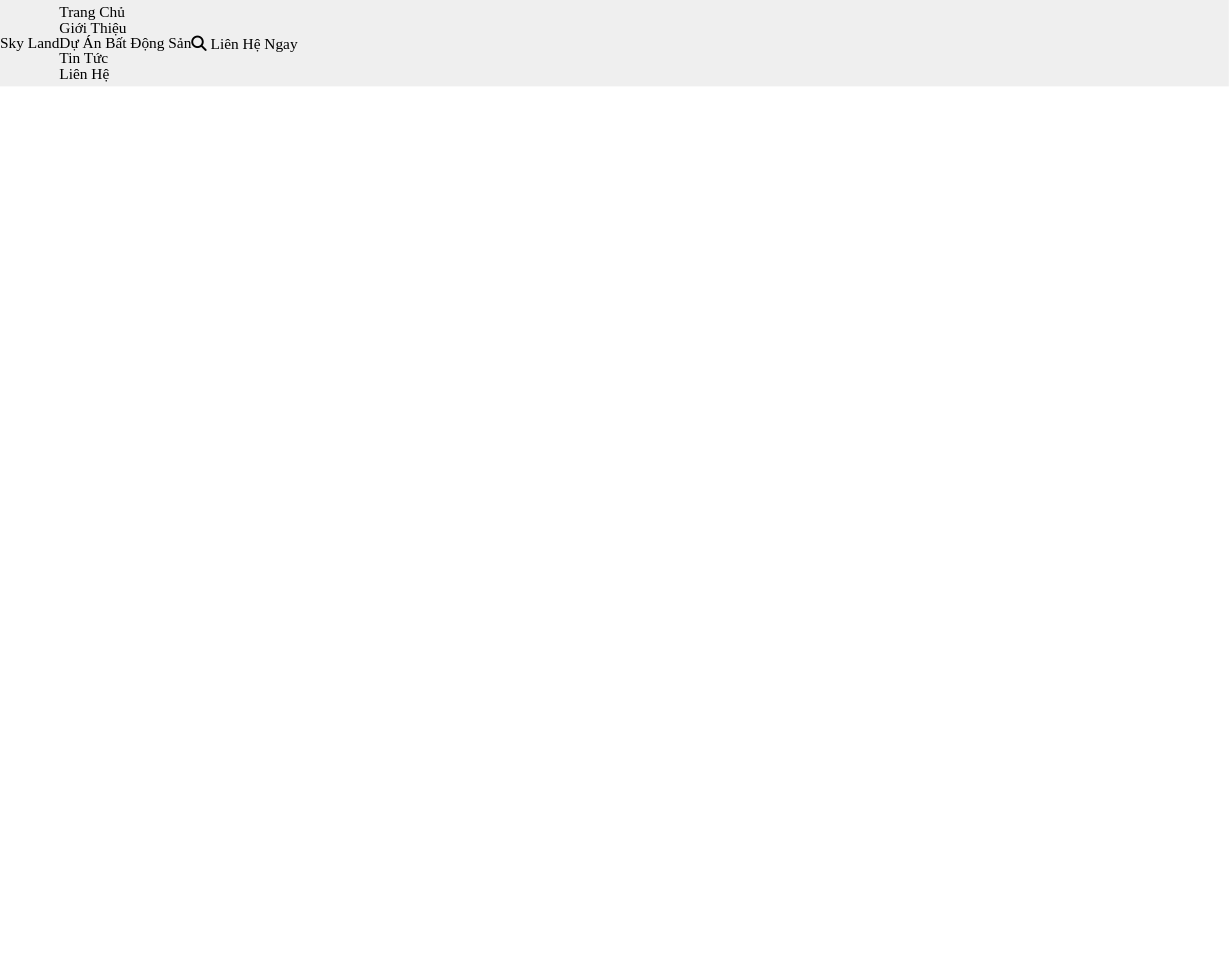
Repository: HuynhDuc23/Webvideodesgin
Page: htmlcssNangCao/index.html
An editor plug-in stored every save of this project. The page is shown before and after the next save, followed by the edit.
The browser window is 1280 px wide. The pictures show the whole page, at 96% of full size.
The style sheet was rebuilt from its Sass, Less or Tailwind sources for each picture, by a compiler version that may differ from the author's.

Above is the page before, as saved 2023-04-30 08:41:23.

### htmlcssNangCao/index.html
<html lang="en">
<head>
    <meta charset="UTF-8">
    <meta http-equiv="X-UA-Compatible" content="IE=edge">
    <meta name="viewport" content="width=device-width, initial-scale=1.0">
    <link rel="stylesheet" href="./reset.css">
    <link rel="stylesheet" href="https://cdnjs.cloudflare.com/ajax/libs/font-awesome/6.4.0/css/all.min.css" integrity="sha512-iecdLmaskl7CVkqkXNQ/ZH/XLlvWZOJyj7Yy7tcenmpD1ypASozpmT/E0iPtmFIB46ZmdtAc9eNBvH0H/ZpiBw==" crossorigin="anonymous" referrerpolicy="no-referrer" />
    <link rel="stylesheet" href="./style.css">

    <title>Document</title>
</head>
<body>
    <div class="skyland">
        <div class="skyland__top">
            <div class="skyland__header">
                <h1 class="skyland__left">Sky <span>Land</span> </h1>
            </div>
            <div class="skyland__left">
                <ul class="list">
                    <li class="items">Trang Chủ</li>
                    <li class="items">Giới Thiệu</li>
                    <li class="items">Dự Án Bất Động Sản</li>
                    <li class="items">Tin Tức</li>
                    <li class="items">Liên Hệ</li>
                </ul>
            </div>
            <div class="iconbutton">
                <i class="fa-solid fa-magnifying-glass icon-search"></i>
                <span class="text">Liên Hệ Ngay</span>
            </div>
        </div>
    </div>
</body>
</html>

### htmlcssNangCao/style.scss
html {
    margin: 0;
    padding: 0;
    box-sizing:border-box ;
}
.skyland {
    width: 100%;
    height: 1000px;
    background-color: white;
    &__top {
        width: 100%;
        height: 90px;
        background-color: #eeee;
        display: flex;
        align-items: center;
        justify-content: flex-start;
    }
}

Loaded but not shown: htmlcssNangCao/reset.css (common file)

After the next save:
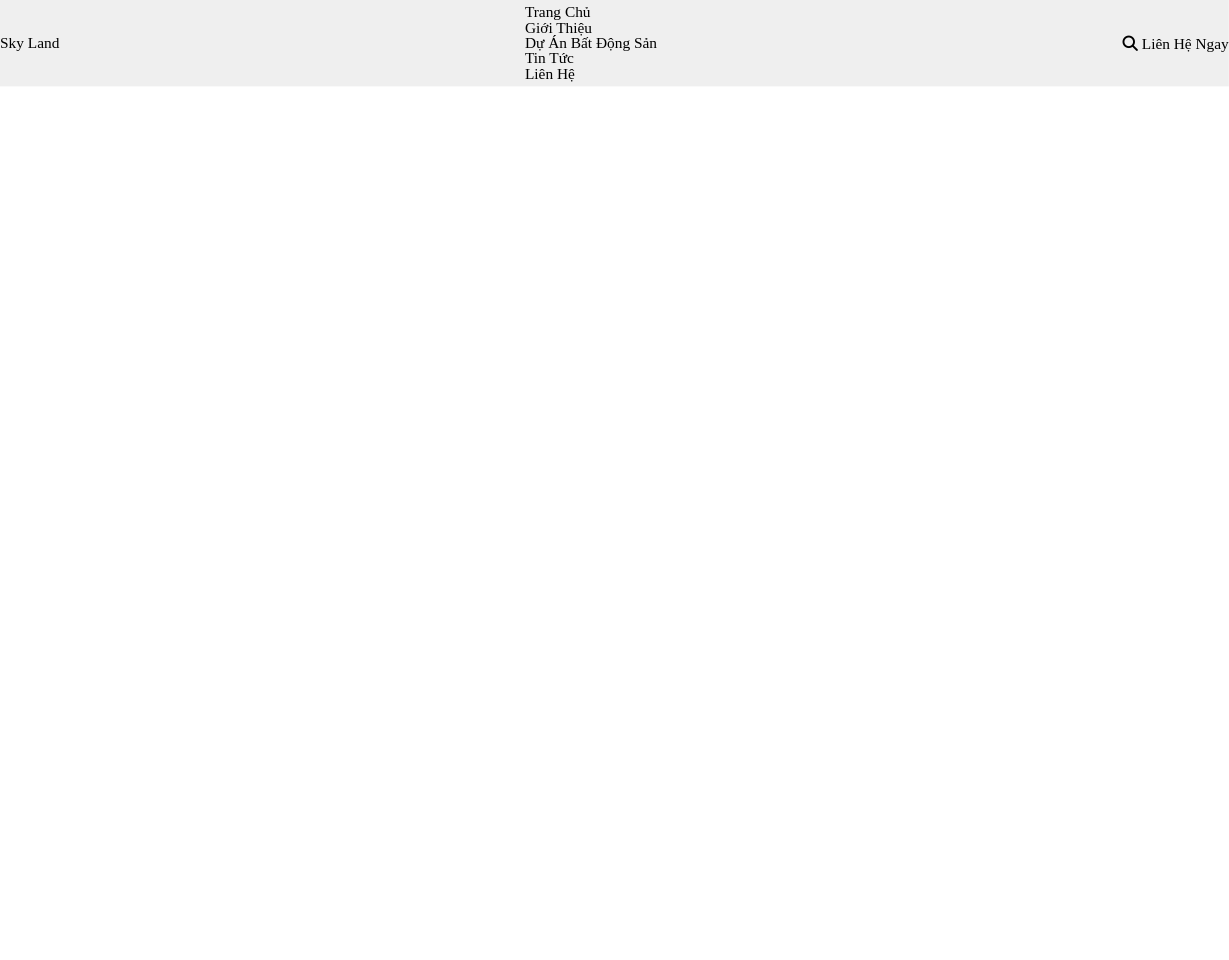
Saved 23 s later.
--- a/htmlcssNangCao/style.scss
+++ b/htmlcssNangCao/style.scss
@@ -13,6 +13,6 @@ html {
         background-color: #eeee;
         display: flex;
         align-items: center;
-        justify-content: flex-start;
+        justify-content: space-between;
     }
 }
